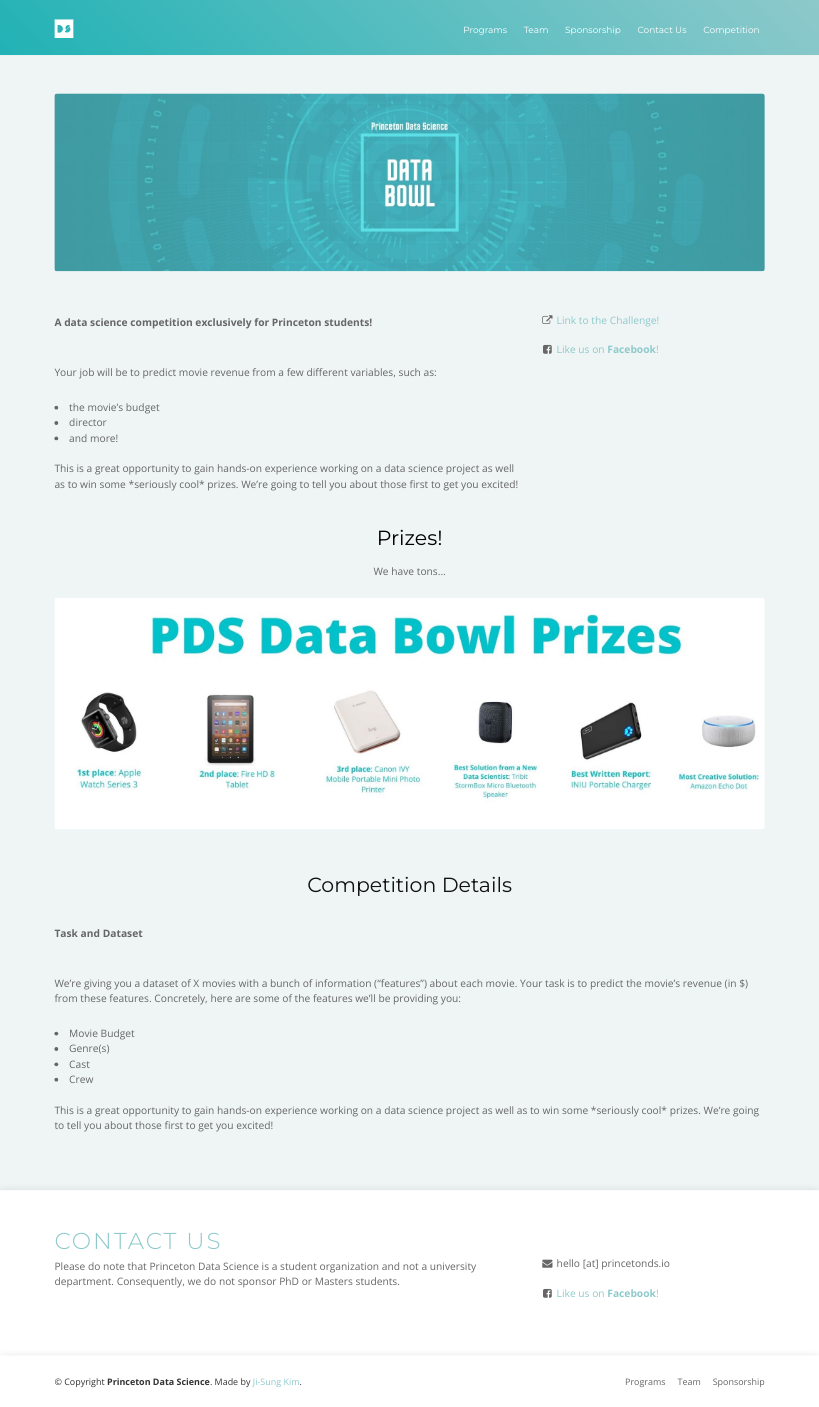
Repository: princetonds/princetonds.github.io
Page: team2.html
The author's editor kept a copy of each file at every save. The page is drawn from the files as they stood at one save, then again after the next save.
The browser window is 1280 px wide. The pictures show the whole page, at 64% of full size.

Above is the page before, as saved 2021-03-20 22:46:13.
Console error: TypeError: Cannot read properties of null (reading 'innerHTML')

### team2.html
<!DOCTYPE html>
<html lang="en">
<head>
  <meta charset="utf-8">
  <title>Princeton Data Science (PDS)</title>
  <meta content="width=device-width, initial-scale=1.0" name="viewport">
  <meta content="" name="keywords">
  <meta content="" name="description">

  <!-- Favicons (created with http://realfavicongenerator.net/)-->
  <link rel="apple-touch-icon" sizes="180x180" href="/img/favicons/apple-touch-icon.png">
  <link rel="icon" type="image/png" href="/img/favicons/favicon-32x32.png" sizes="32x32">
  <link rel="icon" type="image/png" href="/img/favicons/favicon-16x16.png" sizes="16x16">
  <link rel="manifest" href="/img/favicons/manifest.json">
  <link rel="mask-icon" href="/img/favicons/safari-pinned-tab.svg" color="#49acad">
  <link rel="shortcut icon" href="/img/favicons/favicon.ico">
  <meta name="msapplication-config" content="/img/favicons/browserconfig.xml">
  <meta name="theme-color" content="#ffffff">

  <!-- Facebook Graph tags -->
  <meta property="og:url" content="https://princetonds.io" />
  <meta property="og:site_name" content="princetonds.io" />
  <meta property="og:title" content="Princeton Data Science (PDS)" />
  <meta name="og:description" content="Princeton Data Science (PDS) was founded in 2014-2015 to promote the practice and study of data science, a growing field that spans many disciplines such as statistics, machine learning, computer science, and business analytics." />
  <meta property="og:image" content="https://princetonds.io/img/500px_square_logo.png" />

  <!-- Google Fonts -->
  <link href="https://fonts.googleapis.com/css?family=Montserrat:300,400,500,700|Open+Sans:300,400,700" rel="stylesheet">

  <!-- Bootstrap CSS File -->
  <link href="lib/bootstrap/css/bootstrap.min.css" rel="stylesheet">

  <!-- Libraries CSS Files -->
  <link href="lib/animate/animate.min.css" rel="stylesheet">
  <link href="lib/font-awesome/css/font-awesome.min.css" rel="stylesheet">
  <link href="lib/magnific-popup/magnific-popup.css" rel="stylesheet">

  <!-- Main Stylesheet File -->
  <link href="css/style.css" rel="stylesheet">
  <link href="css/new.css" rel="stylesheet">
</head>

<body>

  <!--==========================
    Header
  ============================-->
  <header id="header">
    <div class="container">

      <div id="logo" class="pull-left">
        <h1><a href="#teamintro" class="scrollto"><img class="navbar-logo" src="img/inverted-logo.svg"></a></h1>
     </div>

      <nav id="nav-menu-container">
        <ul class="nav-menu">
          <li class="menu-active"><a href="https://princetonds.io">Programs</a></li>
          <li><a href="team.html">Team</a></li>
          <li><a href="media/sponsorship.pdf">Sponsorship</a></li>
          <li><a href="#contact">Contact Us</a></li>
          <li><a href="#team2.html">Competition</a></li>
        </ul>
      </nav><!-- #nav-menu-container -->
    </div>
  </header><!-- #header -->

  <!--==========================
    Intro Section
  ============================-->

  <!--==========================
    Intro Section
  ============================-->
  <section id="teamintro">
    <!-- <div class="team-intro-text">
      <h3>Our Team</h3>
    </div> -->
  </section>


  <!-- #intro -->


  <main id="main">


    <!--==========================
      Our Team Section
    ============================-->
    <section id="team" class="section-bg">
      <div class="container">
          <!-- <h3 class="section-title">Princeton Data Bowl</h3> -->
              <!-- <p style="text-align:center;">Enter team description here...</p> -->
              <div class="member3">
                <div class="pic"><img src="img/competition/logo.jpg" alt=""></div>
              </div>

          <!-- <span class="section-divider"></span> -->
        </div>
      </div>

    <!--==========================
      Contact Section
    ============================-->
      <div class="container">
        <br>
        <br>
        <div class="row wow fadeInUp">
          <div class="col-lg-8 col-md-6">
            <p><strong>A data science competition exclusively for Princeton students!</strong></p>
            <br>
            <p>
               Your job will be to predict movie revenue from a few different variables, such as: </p>
              <li> the movie’s budget </li>
              <li> director </li>
              <li> and more! </li>
              <br>
              <p>   This is a great opportunity to gain hands-on experience working on a data science project as well as to win some *seriously cool* prizes. We’re going to tell you about those first to get you excited!</p>
          </div>
          <div class="col-lg-4 col-md-6 links">
            <p><i class="fa fa-external-link fa-fw"></i>   <a href="https://eval.ai/web/challenges/challenge-page/871/overview">Link to the Challenge!</a>
            </p>
            <p><i class="fa fa-facebook-square fa-fw"></i> <a href="https://www.facebook.com/princetonds" class="facebook">Like us on <strong>Facebook</strong>!</a></p>
          </div>
        </div>
      </div>


    <div class="container">
      <div class="section-header">
        <!-- <h3 class="section-title">Princeton Data Bowl</h3> -->
            <br>
            <h2 style="text-align:center; color:black">Prizes!</h2>
            <p style="text-align:center;">We have tons...</p>
            <div class="member3">
              <div class="pic"><img src="img/competition/prizes.jpg" alt=""></div>
            </div>

        <!-- <span class="section-divider"></span> -->
      </div>
    </div>

<br>
<br>
    <div class="container">
      <div class="section-header">
        <h3 class="section-title">Competition Details</h3>
            <br>
            <p><strong>Task and Dataset</strong></p>
            <br>
            <p>
              We’re giving you a dataset of X movies with a bunch of information (“features”) about each movie. Your task is to predict the movie’s revenue (in $) from these features. Concretely, here are some of the features we’ll be providing you:
            </p>
              <li> Movie Budget </li>
              <li> Genre(s) </li>
              <li> Cast </li>
              <li> Crew </li>

              <br>
              <p>   This is a great opportunity to gain hands-on experience working on a data science project as well as to win some *seriously cool* prizes. We’re going to tell you about those first to get you excited!</p>

        <!-- <span class="section-divider"></span> -->
      </div>
    </div>



    </section><!-- #team -->

    <!--==========================
      Contact Section
    ============================-->
    <section id="contact">
      <div class="container">
        <div class="row wow fadeInUp">
          <div class="contact-about">
            <div class="col-lg-12 col-md-12">
              <h3>Contact Us</h3>
            </div>
          </div>
        </div>

        <div class="row wow fadeInUp">
          <div class="col-lg-8 col-md-6">
            <p>Please do note that Princeton Data Science is a student organization and not a university department. Consequently, we do not sponsor PhD or Masters students.</p>
          </div>
          <div class="col-lg-4 col-md-6 links">
            <p><i class="fa fa-envelope fa-fw"></i> hello [at] princetonds.io</p>
            <p><i class="fa fa-facebook-square fa-fw"></i> <a href="https://www.facebook.com/princetonds" class="facebook">Like us on <strong>Facebook</strong>!</a></p>
          </div>
        </div>
      </div>
    </section><!-- #contact -->

  </main>

  <!--==========================
    Footer
  ============================-->
  <footer id="footer">
    <div class="container">
      <div class="row">
        <div class="col-lg-6 text-lg-left text-center">
          <div class="copyright">
            &copy; Copyright <strong>Princeton Data Science</strong>. Made by <a href="https://jisungkim.com">Ji-Sung Kim</a>.
          </div>
          <div class="credits">
          </div>
        </div>
        <div class="col-lg-6">
          <nav class="footer-links text-lg-right text-center pt-2 pt-lg-0">
            <a href="#programs" class="scrollto">Programs</a>
            <a href="#team" class="scrollto">Team</a>
            <a href="media/sponsorship.pdf">Sponsorship</a>
          </nav>
        </div>
      </div>
    </div>
  </footer><!-- #footer -->

  <a href="#" class="back-to-top"><i class="fa fa-chevron-up"></i></a>

  <!-- JavaScript Libraries -->
  <script src="lib/jquery/jquery.min.js"></script>
  <script src="lib/jquery/jquery-migrate.min.js"></script>
  <script src="lib/bootstrap/js/bootstrap.bundle.min.js"></script>
  <script src="lib/easing/easing.min.js"></script>
  <script src="lib/wow/wow.min.js"></script>
  <script src="lib/superfish/hoverIntent.js"></script>
  <script src="lib/superfish/superfish.min.js"></script>
  <script src="lib/magnific-popup/magnific-popup.min.js"></script>

  <!-- Template Main Javascript File -->
  <script src="js/main.js"></script>
  <script src="js/typewriter.js"></script>

</body>
</html>

### css/new.css
.program {
    padding: 40px;
}

.program h3 {
    color: black;
    font-weight: 700;
    font-family: "Open Sans";
}

.section {
    padding-top: 100px;
}


#programs {
    padding: 60px 0;
}

#clients {
    padding: 60px 0;
}

.sponsor-title {
    padding-bottom: 15px;
}

.profile-description {
    font-size: 14px;
}

.arjun {
    font-size: 15px !important;
    line-height: 22px;
}

.links p {
    line-height: 12px;
}

.presidents {
    color: #999999;
    font-size: 16px;
}

Loaded but not shown: lib/bootstrap/css/bootstrap.min.css (library); lib/animate/animate.min.css (library); lib/font-awesome/css/font-awesome.min.css (library); lib/magnific-popup/magnific-popup.css (library); lib/jquery/jquery.min.js (library); lib/jquery/jquery-migrate.min.js (library); lib/bootstrap/js/bootstrap.bundle.min.js (library); lib/easing/easing.min.js (common file); lib/wow/wow.min.js (library); lib/superfish/hoverIntent.js (library); lib/superfish/superfish.min.js (library); lib/magnific-popup/magnific-popup.min.js (library); js/main.js (125 lines, source omitted); js/typewriter.js (28 lines, source omitted); css/style.css (1350 lines, source omitted)

After the next save:
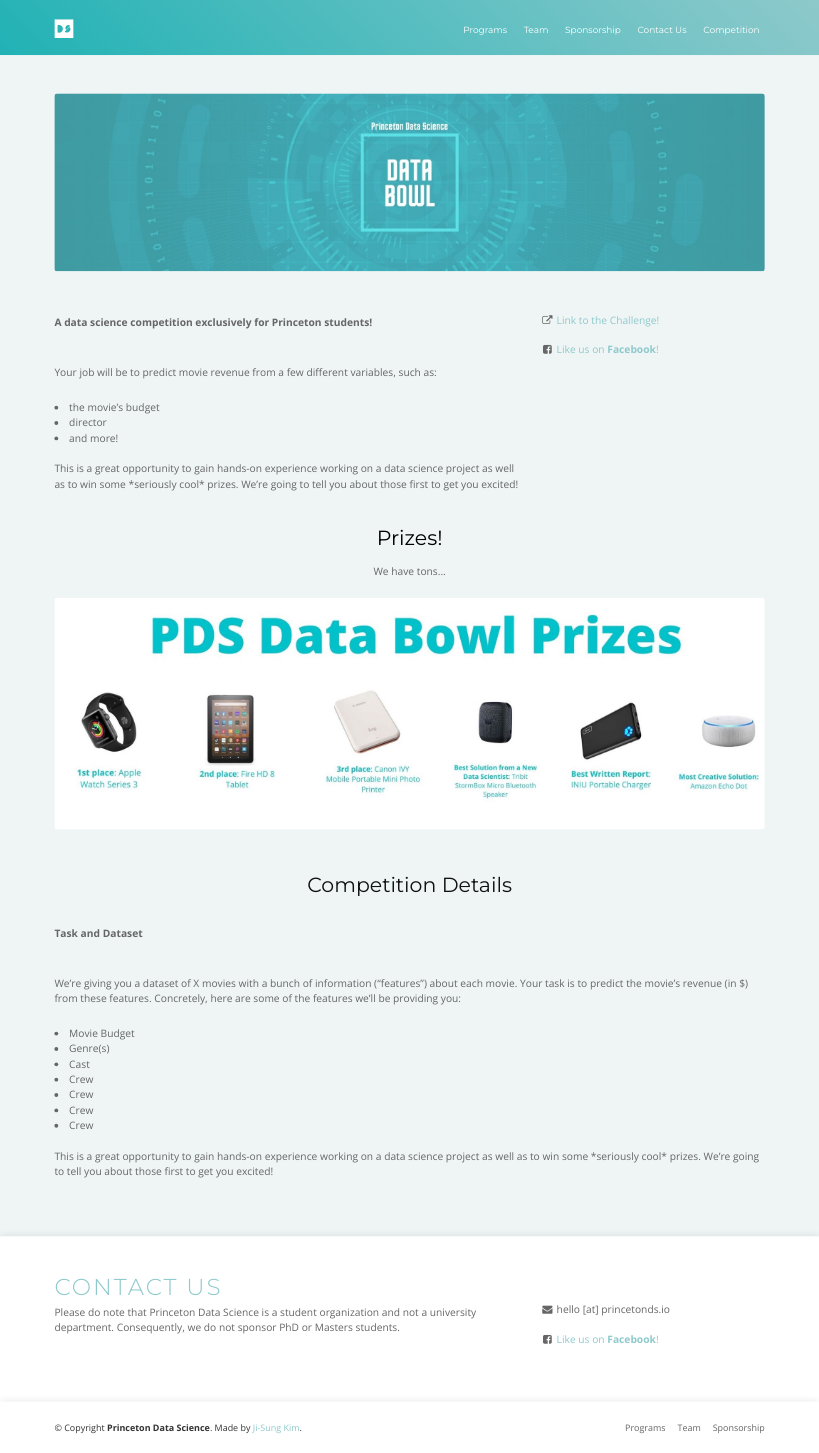
Saved 4 s later.
--- a/team2.html
+++ b/team2.html
@@ -155,7 +155,9 @@
               <li> Genre(s) </li>
               <li> Cast </li>
               <li> Crew </li>
-
+              <li> Crew </li>
+              <li> Crew </li>
+              <li> Crew </li>
               <br>
               <p>   This is a great opportunity to gain hands-on experience working on a data science project as well as to win some *seriously cool* prizes. We’re going to tell you about those first to get you excited!</p>
 
